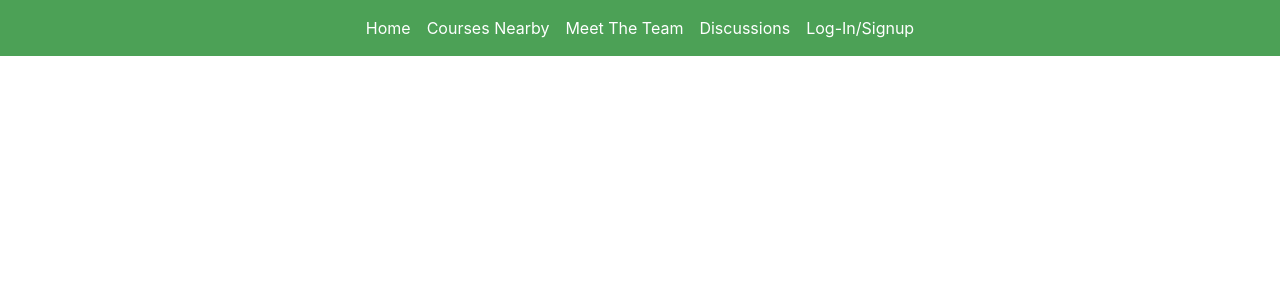
Repository: SamanthaBurnett/Hackathon2017
Page: discussion.html
The author's editor kept a record of every edit. The page is drawn from the files as they stood at one moment, then again after the next edit.
The browser window is 1280 px wide. The pictures show the whole page.
Some web fonts or font styles are not loaded; a fallback is used.

Above is the page before.

### discussion.html
<!DOCTYPE html>
<html lang="en">
<head>
	<title>Project STEM < DIV ></DIV></title>
	<!--Required Meta Tags-->
	<meta charset="UTF-8">
	<meta name="viewport" content="width=device-width, initial-scale=1, shrink-to-fit=no">
	<!--Bootstrap 4-->
	<link rel="stylesheet" href="https://maxcdn.bootstrapcdn.com/bootstrap/4.0.0-beta.2/css/bootstrap.min.css" integrity="sha384-PsH8R72JQ3SOdhVi3uxftmaW6Vc51MKb0q5P2rRUpPvrszuE4W1povHYgTpBfshb" crossorigin="anonymous">
	<!--Custom Styles-->
	<link rel="stylesheet" type="text/css" href="assets/stylesheets/styles.css">
</head>
<body>
  <nav class="navbar navbar-expand-lg navbar-light bg-light">
    <button class="navbar-toggler" type="button" data-toggle="collapse" data-target="#navbarSupportedContent" aria-controls="navbarSupportedContent" aria-expanded="false" aria-label="Toggle navigation">
      <span class="navbar-toggler-icon"></span>
    </button>

    <div class="collapse navbar-collapse justify-content-center" id="navbarSupportedContent">
      <ul class="navbar-nav">
        <li class="nav-item">
          <a class="nav-link" href="index.html">Home</a>
        </li>
        <li class="nav-item">
          <a class="nav-link" href="coursesnearby.html">Courses Nearby</a>
        </li>
        <li class="nav-item">
            <a class="nav-link" href="meet_the_team.html">Meet The Team</a>
        </li>
        <li class="nav-item">
            <a class="nav-link" href="#">Discussions</a>
        </li>
        <li class="nav-item">
            <a class="nav-link" href="#">Log-In/Signup</a>
        </li>
      </ul>
    </div>
  </nav>


  </body>
</html>

### assets/stylesheets/styles.css
@import url('https://fonts.googleapis.com/css?family=Electrolize');


.font-headings{
  font-family: 'Electrolize', sans-serif;
  color: blue;
  text-shadow: 2px 2px #FFF;
  text-align: center;
}

/*----------------------------Navigation Styles------------------------------*/
.bg-light {
    background-color: #4CA156!important;
}

.navbar-light .navbar-nav .nav-link, .navbar-light .navbar-nav .nav-link:hover {
    color: white;
}
/*------------------------------Landing Page Styles--------------------------*/

#landing-header {
    z-index: 1;
    position: relative;
    text-align: center;
    padding-top: 40vh;
		background-size: cover;
		background-repeat: no-repeat;
	    -webkit-background-size: cover;
        -moz-background-size: cover;
        -o-background-size: cover;
}

#landing-header h1, #landing-header h2 {
    color: white;
    font-size: 45px;
    text-shadow: 0px 4px 3px rgba(0,0,0,0.4),
	         0px 8px 13px rgba(0,0,0,0.1),
			 0px 18px 23px rgba(0,0,0,0.1);
}

.landingbtn, .landingbtn:hover, landingbtn:visited, landingbtn:active {
  margin-top: 10px;
  padding: 10px 40px;
  border-radius: 5px;
  margin-bottom: 20px;
  background:
		linear-gradient(
			rgba(17, 89, 28, 0.45),
			rgba(17, 148, 138, 0.50)
		);
}

.heroSlide {
  width: 100%;
  height: 100%;
  position: absolute;
  list-style: none;
  margin: 0;
  padding: 0;
}


/*.heroSlide li { */
/*  width: 100%;*/
/*  height: 100%;*/
/*  position: absolute;*/
/*  background-size: cover;*/
/*  background-repeat: no-repeat;*/
/*  opacity: 0;*/
/*  animation: imageAnimation 20s linear infinite;*/
/*}*/

.heroSlide li:nth-child(1) {
    background:
		linear-gradient(
			rgba(17, 89, 28, 0.45),
			rgba(17, 148, 138, 0.50)
		),
  url(../images/teamimg1.jpg);
  width: 100%;
  height: 100%;
  position: absolute;
  background-size: cover;
  background-repeat: no-repeat;
  opacity: 0;
  animation: imageAnimation 20s linear infinite;

}
.heroSlide li:nth-child(2) {
    background:
		linear-gradient(
			rgba(17, 89, 28, 0.45),
			rgba(17, 148, 138, 0.50)
		),
  url(../images/teamimg2.jpg);
  width: 100%;
  height: 100%;
  position: absolute;
  background-size: cover;
  background-repeat: no-repeat;
  opacity: 0;
  animation-delay: 5s;
  animation: imageAnimation 20s linear infinite;
}
.heroSlide li:nth-child(3) {
    background:
		linear-gradient(
			rgba(17, 89, 28, 0.45),
			rgba(17, 148, 138, 0.50)
		),
  url(../images/teamimg3.jpg);
  width: 100%;
  height: 100%;
  position: absolute;
  background-size: cover;
  background-repeat: no-repeat;
  opacity: 0;
  animation-delay: 10s;
  animation: imageAnimation 20s linear infinite;
}

@keyframes imageAnimation {
  0% {
    opacity: 0;
    animation-timing-function: ease-in;
  }
  10% {
    opacity: 1;
    animation-timing-function: ease-out;
  }
  20% {
    opacity: 1
  }
  30% {
    opacity: 1
  }
}

/*---------------------Index Styles--------------------------------------*/

.maincontent h1 {
  padding-bottom: 40px;
}


.WhatCanYouDo, .contentAndTrending {
    margin-top: 100px;
    margin-bottom: 100px;
}

.WhatCanYouDo i {
    color: black;
}

/*---------------------------Content and Trending Styles----------------*/

.maincontent {
    position: relative;
}

.contentAndTrending .col {
    margin: 20px;
}






/*-------------------------Meet The Team Styles----------------------------*/

.meetTheTeam h1 {
  margin-top: 30px;
}
.card {
  margin-bottom: 20px;
  margin-top: 20px;
}










/*------------------------Discussions----------------------*/
.main-box{
  margin:10px;
  height:200px;
  display:flex;
  justify-content:center;
}

.photo-box{
  margin:10px;
  padding:5px;
  height:80px;
  width:90px;
  border:2px solid #4CA156;
  display:flex;
  justify-content: flex-start;
  align-items: center;
  background-color:#FFFFFF;
}

.photo-box i {
  color: black;
  align-items: center;
}

.text-box{
  margin:10px;
  padding:10px;
  height:150px;
  width:800px;
  background-color:#FFFFFF;
  border:2px solid #4CA156;
}

/*------------------------COURSES NEARBY----------------------*/
.center-div
{
   margin: 0 auto;
   width: 100px;
}

.text-center{
  font-family:'Electrolize', sans-serif;

}


/*----------------------------Sign In Form Styles--------------------*/

.form-row {
  padding-top: 20px;
  padding-bottom: 20px;
}

.form-control:focus {
  border: 3px solid #4CA156;
  outline: none;
  box-shadow: none;
}

.maincontent h1 {
  margin-top: 30px;
}

.maincontent h4 {
  margin-bottom: 30px;
}

/*--------------------------Footer Styles-------------------------*/
footer {
    background-color: #4CA156;
}

i {
    color: white;
    padding: 30px 15px;
}

After the next edit:
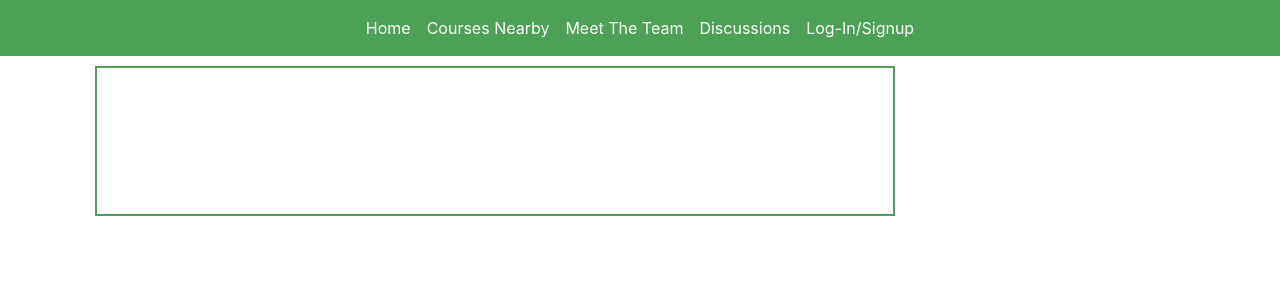
The edit:
--- a/discussion.html
+++ b/discussion.html
@@ -10,33 +10,41 @@
 	<!--Custom Styles-->
 	<link rel="stylesheet" type="text/css" href="assets/stylesheets/styles.css">
 </head>
-<body>
-  <nav class="navbar navbar-expand-lg navbar-light bg-light">
-    <button class="navbar-toggler" type="button" data-toggle="collapse" data-target="#navbarSupportedContent" aria-controls="navbarSupportedContent" aria-expanded="false" aria-label="Toggle navigation">
-      <span class="navbar-toggler-icon"></span>
-    </button>
+  <body>
+    <nav class="navbar navbar-expand-lg navbar-light bg-light">
+      <button class="navbar-toggler" type="button" data-toggle="collapse" data-target="#navbarSupportedContent" aria-controls="navbarSupportedContent" aria-expanded="false" aria-label="Toggle navigation">
+        <span class="navbar-toggler-icon"></span>
+      </button>
 
-    <div class="collapse navbar-collapse justify-content-center" id="navbarSupportedContent">
-      <ul class="navbar-nav">
-        <li class="nav-item">
-          <a class="nav-link" href="index.html">Home</a>
-        </li>
-        <li class="nav-item">
-          <a class="nav-link" href="coursesnearby.html">Courses Nearby</a>
-        </li>
-        <li class="nav-item">
-            <a class="nav-link" href="meet_the_team.html">Meet The Team</a>
-        </li>
-        <li class="nav-item">
-            <a class="nav-link" href="#">Discussions</a>
-        </li>
-        <li class="nav-item">
-            <a class="nav-link" href="#">Log-In/Signup</a>
-        </li>
-      </ul>
+      <div class="collapse navbar-collapse justify-content-center" id="navbarSupportedContent">
+        <ul class="navbar-nav">
+          <li class="nav-item">
+            <a class="nav-link" href="index.html">Home</a>
+          </li>
+          <li class="nav-item">
+            <a class="nav-link" href="coursesnearby.html">Courses Nearby</a>
+          </li>
+          <li class="nav-item">
+              <a class="nav-link" href="meet_the_team.html">Meet The Team</a>
+          </li>
+          <li class="nav-item">
+              <a class="nav-link" href="#">Discussions</a>
+          </li>
+          <li class="nav-item">
+              <a class="nav-link" href="#">Log-In/Signup</a>
+          </li>
+        </ul>
+      </div>
+    </nav>
+  <div class="container">
+    <div class="boxes">
+      <div class="image-box image-1">
+        <div class="text-box">
+
+        </div>
+      </div>
     </div>
-  </nav>
-
+  </div>
 
   </body>
 </html>
